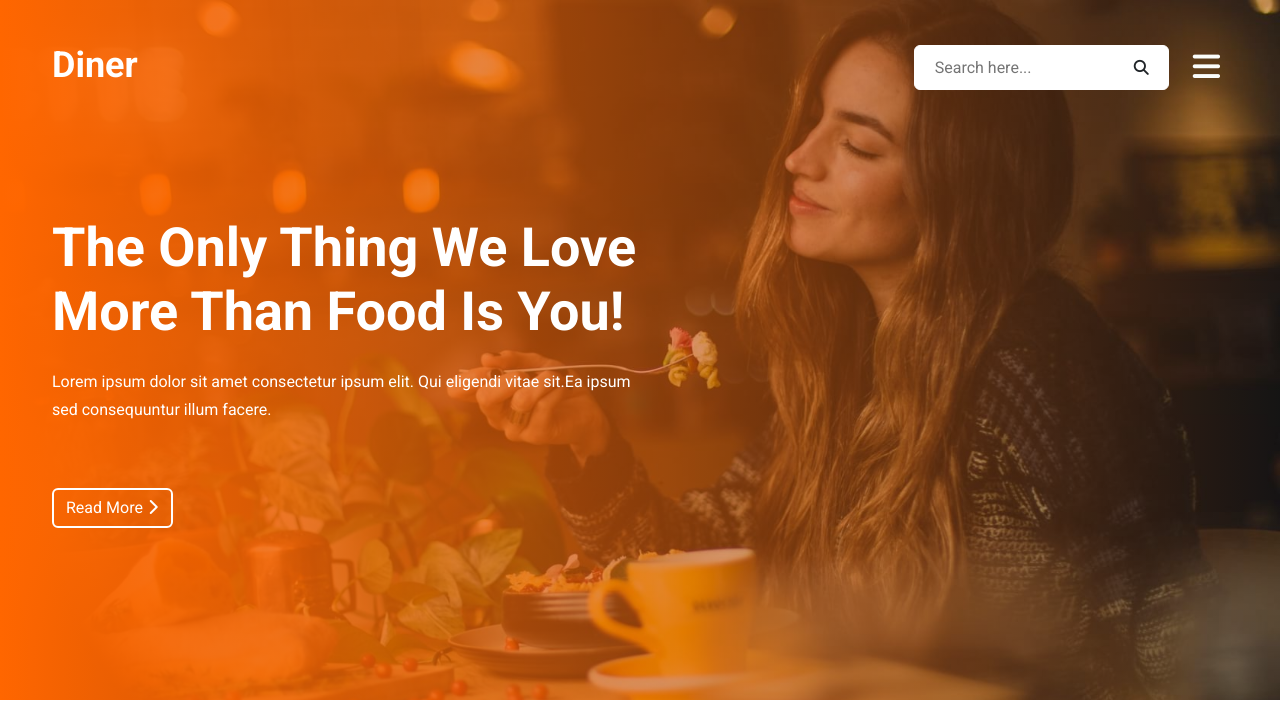
Repository: minhtrivu6199/Diner
Page: index.html
The author's editor kept a copy of each file at every save. The page is drawn from the files as they stood at one save, then again after the next save.
The browser window is 1280 px wide. The pictures show the whole page.
The style sheet was rebuilt from its Sass, Less or Tailwind sources for each picture, by a compiler version that may differ from the author's.

Above is the page before, as saved 2022-10-10 14:38:40.

### index.html
<!DOCTYPE html>
<html lang="en">
  <head>
    <title>Title</title>
    <!-- Required meta tags -->
    <meta charset="utf-8" />
    <meta
      name="viewport"
      content="width=device-width, initial-scale=1, shrink-to-fit=no"
    />
    <!-- FontAwesome 6.2.0 CSS -->
    <link
      rel="stylesheet"
      href="https://cdnjs.cloudflare.com/ajax/libs/font-awesome/6.2.0/css/all.min.css"
      integrity="sha512-xh6O/CkQoPOWDdYTDqeRdPCVd1SpvCA9XXcUnZS2FmJNp1coAFzvtCN9BmamE+4aHK8yyUHUSCcJHgXloTyT2A=="
      crossorigin="anonymous"
      referrerpolicy="no-referrer"
    />

    <!-- Font -->
    <link rel="preconnect" href="https://fonts.googleapis.com" />
    <link rel="preconnect" href="https://fonts.gstatic.com" crossorigin />
    <link
      href="https://fonts.googleapis.com/css2?family=Roboto:wght@100;300;400;500;700;900&display=swap"
      rel="stylesheet"
    />

    <!-- Bootstrap CSS v5.2.1 -->
    <link
      href="https://cdn.jsdelivr.net/npm/bootstrap@5.2.1/dist/css/bootstrap.min.css"
      rel="stylesheet"
      integrity="sha384-iYQeCzEYFbKjA/T2uDLTpkwGzCiq6soy8tYaI1GyVh/UjpbCx/TYkiZhlZB6+fzT"
      crossorigin="anonymous"
    />
    <!-- CSS -->
    <link rel="stylesheet" href="./css/style.min.css" />
  </head>

  <body>
    <section class="header-banner">
      <div class="container">
        <div class="banner-header">
          <div class="banner-logo">
            <h1>
              <a href="" class="logo-brand">Diner</a>
            </h1>
          </div>
          <div class="banner-right-content">
            <div class="search-bar">
              <form class="search position-relative">
                <input
                  type="search"
                  class="search-input"
                  placeholder="Search here..."
                />
                <span class="fa fa-search search-icon"></span>
              </form>
            </div>
            <div class="menu text-center">
              <div class="mobile-position">
                <nav class="navigation">
                  <!-- <div class="theme-switch-wrapper">
                    <label for="checkbox" class="theme-switch">
                      <input type="checkbox" id="checkbox" />
                      <div class="mode-container">
                        <i class="fa fa-sun"></i>
                        <i class="fa fa-moon"></i>
                      </div>
                    </label>
                  </div> -->
                </nav>
              </div>
              <div class="mobile-nav-button text-center">
                <button id="trigger-overlay" type="button">
                  <i class="fa fa-bars" aria-hidden="true"></i>
                </button>
              </div>
            </div>
          </div>
          <div class="overlay overlay-scale">
            <button type="button" class="overlay-close">
              <i class="fa fa-times" aria-hidden="true"></i>
            </button>

            <nav>
              <ul>
                <li><a href="index.html" class="active">Home</a></li>
                <li><a href="about.html">About</a></li>
                <li><a href="services.html">Services</a></li>
                <li><a href="blog.html">Blog</a></li>
                <li><a href="error.html">404</a></li>
                <li><a href="">Landing Page</a></li>
                <li><a href="contact.html">Contact</a></li>
                <li><a href="">Shot Codes</a></li>
                <li><a href="">Email</a></li>
              </ul>
            </nav>
          </div>
        </div>
        <div class="banner-info">
          <h3 class="mb-4">The only thing we love more than food is you!</h3>
          <div class="separator"></div>
          <p class="pr-lg-5 mt-md-4 mt-3">
            Lorem ipsum dolor sit amet consectetur ipsum elit. Qui eligendi
            vitae sit.Ea ipsum sed consequuntur illum facere.
          </p>
          <a class="btn btn-white mt-sm-5 mt-4 mr-2" href="about.html">
            Read More
            <span class="fa fa-chevron-right ml-2" aria-hidden="true"></span>
          </a>
        </div>
      </div>
    </section>
    <!-- Bootstrap JavaScript Libraries -->
    <script
      src="https://cdn.jsdelivr.net/npm/@popperjs/core@2.11.6/dist/umd/popper.min.js"
      integrity="sha384-oBqDVmMz9ATKxIep9tiCxS/Z9fNfEXiDAYTujMAeBAsjFuCZSmKbSSUnQlmh/jp3"
      crossorigin="anonymous"
    ></script>

    <script
      src="https://cdn.jsdelivr.net/npm/bootstrap@5.2.1/dist/js/bootstrap.min.js"
      integrity="sha384-7VPbUDkoPSGFnVtYi0QogXtr74QeVeeIs99Qfg5YCF+TidwNdjvaKZX19NZ/e6oz"
      crossorigin="anonymous"
    ></script>

    <!-- JS -->
    <script src="./js/modernizr-2.6.2.min.js"></script>
    <script src="./js/classie.js"></script>
    <script src="./js/main.js"></script>
  </body>
</html>

### js/classie.js
/*!
 * classie - class helper functions
 * from bonzo https://github.com/ded/bonzo
 *
 * classie.has( elem, 'my-class' ) -> true/false
 * classie.add( elem, 'my-new-class' )
 * classie.remove( elem, 'my-unwanted-class' )
 * classie.toggle( elem, 'my-class' )
 */

/*jshint browser: true, strict: true, undef: true */
/*global define: false */

(function (window) {
  "use strict";

  // class helper functions from bonzo https://github.com/ded/bonzo

  function classReg(className) {
    return new RegExp("(^|\\s+)" + className + "(\\s+|$)");
  }

  // classList support for class management
  // altho to be fair, the api sucks because it won't accept multiple classes at once
  var hasClass, addClass, removeClass;

  if ("classList" in document.documentElement) {
    hasClass = function (elem, c) {
      return elem.classList.contains(c);
    };
    addClass = function (elem, c) {
      elem.classList.add(c);
    };
    removeClass = function (elem, c) {
      elem.classList.remove(c);
    };
  } else {
    hasClass = function (elem, c) {
      return classReg(c).test(elem.className);
    };
    addClass = function (elem, c) {
      if (!hasClass(elem, c)) {
        elem.className = elem.className + " " + c;
      }
    };
    removeClass = function (elem, c) {
      elem.className = elem.className.replace(classReg(c), " ");
    };
  }

  function toggleClass(elem, c) {
    var fn = hasClass(elem, c) ? removeClass : addClass;
    fn(elem, c);
  }

  var classie = {
    // full names
    hasClass: hasClass,
    addClass: addClass,
    removeClass: removeClass,
    toggleClass: toggleClass,
    // short names
    has: hasClass,
    add: addClass,
    remove: removeClass,
    toggle: toggleClass,
  };

  // transport
  if (typeof define === "function" && define.amd) {
    // AMD
    define(classie);
  } else {
    // browser global
    window.classie = classie;
  }
})(window);

### js/main.js
(function () {
  var container = document.querySelector("div.container"),
    triggerBttn = document.getElementById("trigger-overlay"),
    overlay = document.querySelector("div.overlay"),
    closeBttn = overlay.querySelector("button.overlay-close");
  (transEndEventNames = {
    WebkitTransition: "webkitTransitionEnd",
    MozTransition: "transitionend",
    OTransition: "oTransitionEnd",
    msTransition: "MSTransitionEnd",
    transition: "transitionend",
  }),
    (transEndEventName = transEndEventNames[Modernizr.prefixed("transition")]),
    (support = { transitions: Modernizr.csstransitions });

  function toggleOverlay() {
    if (classie.has(overlay, "open")) {
      classie.remove(overlay, "open");
      classie.remove(container, "overlay-open");
      classie.add(overlay, "close");
      var onEndTransitionFn = function (ev) {
        if (support.transitions) {
          if (ev.propertyName !== "visibility") return;
          this.removeEventListener(transEndEventName, onEndTransitionFn);
        }
        classie.remove(overlay, "close");
      };
      if (support.transitions) {
        overlay.addEventListener(transEndEventName, onEndTransitionFn);
      } else {
        onEndTransitionFn();
      }
    } else if (!classie.has(overlay, "close")) {
      classie.add(overlay, "open");
      classie.add(container, "overlay-open");
    }
  }

  triggerBttn.addEventListener("click", toggleOverlay);
  closeBttn.addEventListener("click", toggleOverlay);
})();

### scss/style.scss
@import "./base/variables";
@import "./pages/components/menu";

html,
body {
  font-family: "Roboto", sans-serif;
}
a {
  // color: $orange;
  text-decoration: none;
  background-color: transparent;
}

.header-banner {
  background-image: linear-gradient(to right, $orange, hsl(30deg 100% 1% / 20%)),
    url(../img/banner1.jpg);
  background-size: cover;
  background-position: initial;
  background-repeat: no-repeat;
  background-attachment: fixed;
  min-height: 700px;
  .container {
    max-width: 1200px;
    .banner-header {
      display: flex;
      justify-content: space-between;
      align-items: center;
      padding: 40px 0 20px 0;
      .banner-logo {
        .logo-brand {
          font-size: 36px;
          font-weight: 700;
          color: $white;
        }
      }

      .banner-right-content {
        display: flex;
        justify-content: center;
        align-items: center;
        .search-bar {
          display: flex;
          .search {
            .search-input {
              // display: flex;
              // flex: 1;
              padding: 10px 50px 10px 20px;
              height: 45px;
              font-size: 16px;
              color: rgba(22, 28, 45, 0.7);
              font-weight: 400;
              border-radius: 6px;
              position: relative;
              right: 0;
              background: $white;
              outline: 0;
              border: 1px solid $white;
            }
            .search-icon {
              position: absolute;
              right: 20px;
              font-size: 15px;
              cursor: pointer;
              top: 15px;
            }
          }
        }

        .menu {
          display: flex;
          justify-content: center;
          align-items: center;
          .mobile-nav-button {
            margin-left: 1rem;
          }
        }
      }
    }

    .banner-info {
        max-width: 600px;
        text-align: left;
        margin-top: 100px;
        h3 {
            font-size: 54px;
            line-height: 64px;
            font-weight: 600;
            text-transform: capitalize;
            color: $white;
        }
        p {
            font-size: 16px;
            line-height: 28px;
            color: $white;
        }

        .btn-white {
            background: transparent;
            border: 2px solid $white;
            color: $white;
        }
    }
  }
}

### scss/base/_variables.scss
// Color
$blue: #007bff;
$indigo: #6610f2;
$purple: #6f42c1;
$pink: #e83e8c;
$red: #dc3545;
$orange: #ff6600;
$yellow: #ffc107;
$green: #28a745;
$teal: #20c997;
$cyan: #17a2b8;
$white: #fff;
$gray: #6c757d;
$gray-dark: #343a40;
$light-orange: #f8b195;
$success: #28a745;
$info: #17a2b8;
$warning: #ffc107;
$danger: #dc3545;
$light: #f8f9fa;
$dark: #343a40;


*, ::after, ::before {
    margin: 0;
    padding: 0;
    box-sizing: border-box;
}

### scss/pages/components/_menu.scss
@import '../../base/variables';
.overlay {
	position: fixed;
	width: 100%;
	height: 100%;
	top: 0;
	left: 0;
	background: rgb(6 3 0 / 77%);
}

/* Overlay closing cross */
.overlay .overlay-close {
    width: 40px;
    height: 40px;
    position: absolute;
    right: 40px;
    top: 40px;
    overflow: hidden;
    border: none;
    background: $orange;
    color: #fff;
    border-radius: 6px;
}

button#trigger-overlay {
	outline: none;
	border: none;
	background: none;
	text-align: center;
	color: #fbfdfb;
	font-size: 1.95em;
	padding: 0 8px;
}

/* Menu style */
.overlay nav {
	text-align: center;
	position: relative;
	top: 50%;
	height: 60%;
	-webkit-transform: translateY(-50%);
	transform: translateY(-50%);
}
.overlay ul {
	list-style: none;
	padding: 0;
	margin: 0 auto;
	display: inline-block;
	height: 100%;
	position: relative;
}
.overlay ul li {
	display: block;
	-webkit-backface-visibility: hidden;
	backface-visibility: hidden;
    line-height:3em;
}
.overlay ul li a {
	font-size: 20px;
	font-weight: 600;
	display: block;
	color: #fff;
	-webkit-transition: color 0.2s;
	transition: color 0.2s;
}

.overlay ul li a:hover,
.overlay ul li a:focus {
	color: $orange;
}

/* Effects */
.overlay-scale {
	visibility: hidden;
	opacity: 0;
	-webkit-transform: scale(0.9);
	transform: scale(0.9);
	-webkit-transition: -webkit-transform 0.2s, opacity 0.2s, visibility 0s 0.2s;
	transition: transform 0.2s, opacity 0.2s, visibility 0s 0.2s;
}

.overlay-scale.open {
	visibility: visible;
	opacity: 1;
	-webkit-transform: scale(1);
	transform: scale(1);
	-webkit-transition: -webkit-transform 0.4s, opacity 0.4s;
	transition: transform 0.4s, opacity 0.4s;
}

@media screen and (max-height: 30.5em) {
	.overlay nav {
		height: 70%;
		font-size: 34px;
	}

	.overlay ul li {
		min-height: 34px;
	}
}
@media (max-width:767px) {
	.overlay ul li a {
		font-size: 16px;
	}
	.overlay ul li {
		line-height: 2.5em;
	}
}
@media (max-width:600px) {
	.overlay ul li a {
		font-size: 16px;
	}
	.overlay ul li {
		line-height: 2.2em;
	}
}

Loaded but not shown: js/modernizr-2.6.2.min.js (library)

After the next save:
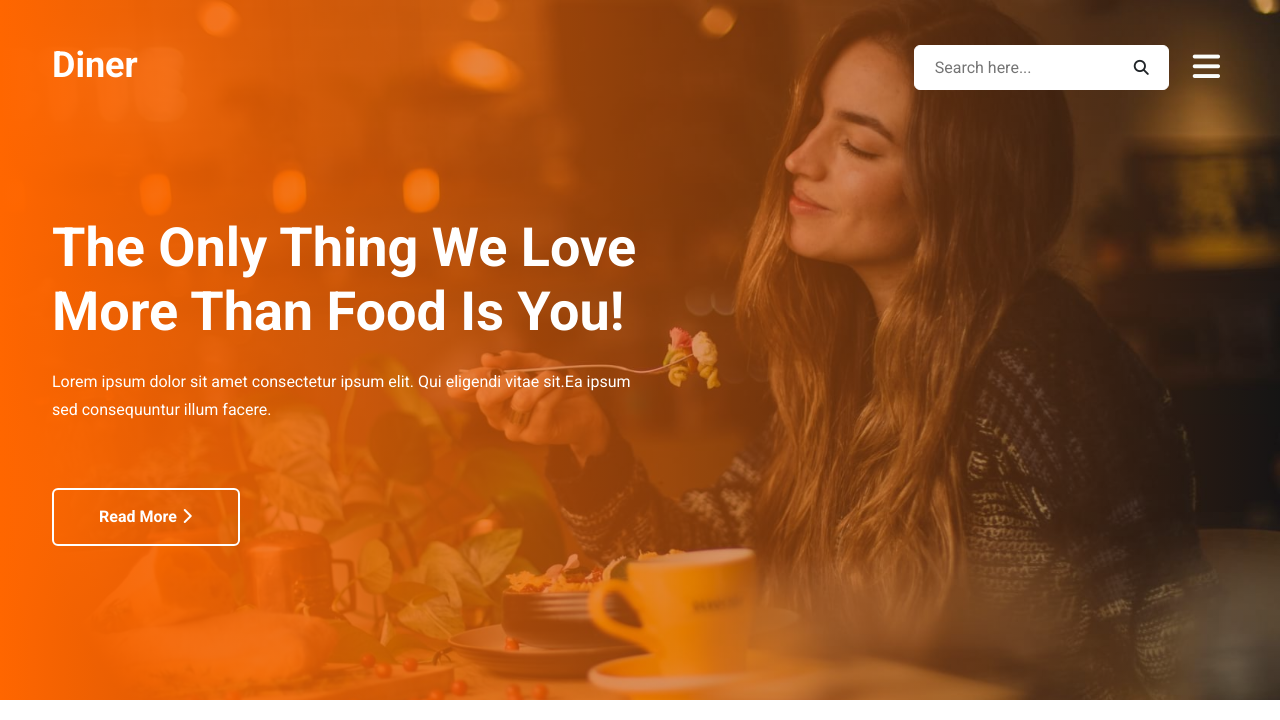
Saved 62 s later.
--- a/scss/style.scss
+++ b/scss/style.scss
@@ -98,6 +98,11 @@ a {
             background: transparent;
             border: 2px solid $white;
             color: $white;
+            padding: 12px 45px;
+            font-size: 16px;
+            line-height: 30px;
+            font-weight: 700;
+            transition: 0.3s ease-in;
         }
     }
   }
